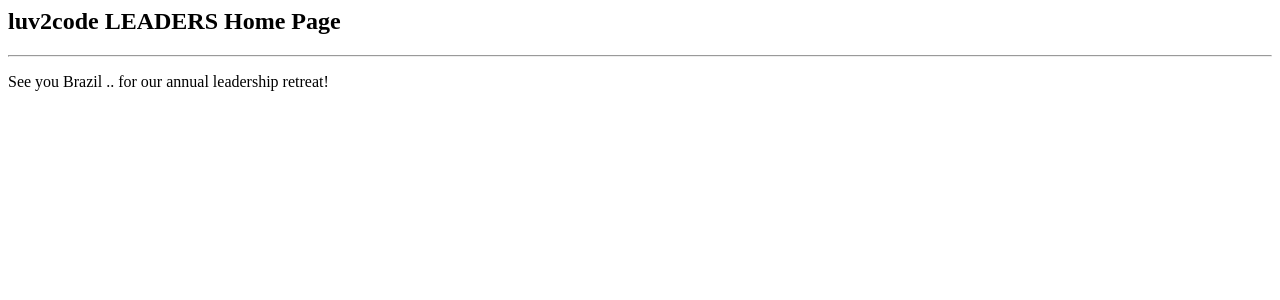
Repository: dchan98/spring-security-demo
Page: http://localhost/spring-security-demo-09-jdbc-bcrypt/leaders
These files come from the project's save history. The page is drawn as it stood at one moment and after the next save; the edit follows.
The browser window is 1280 px wide. The pictures show the whole page.
The page is served by Tomcat 9. Other server files are loaded and not shown.

Above is the page before, as saved 2019-02-07 06:22:19.

### spring-security-demo-starter/spring-security-demo-09-jdbc-bcrypt/src/main/webapp/WEB-INF/view/leaders.jsp
<html>

<head>
	<title>luv2code LEADERS Home Page</title>
</head>

<body>
<h2>luv2code LEADERS Home Page</h2>
<hr>

<p>
  See you Brazil .. for our annual leadership retreat!
</p>


</body>
</html>

After the next save:
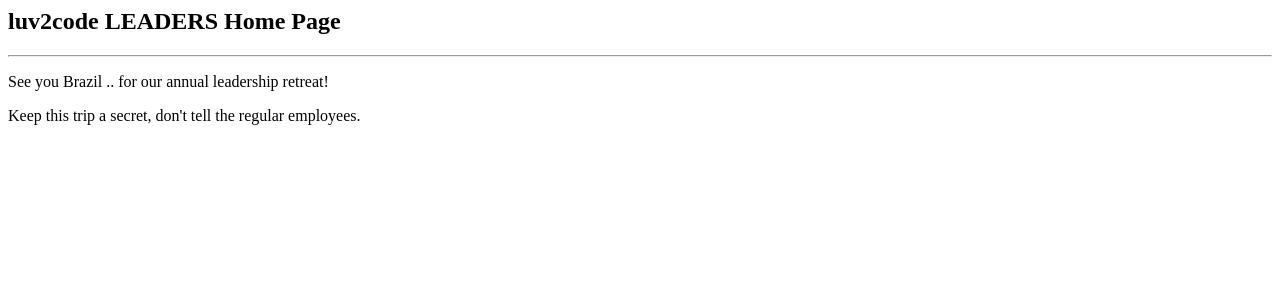
Saved 19 s later.
--- a/spring-security-demo-starter/spring-security-demo-09-jdbc-bcrypt/src/main/webapp/WEB-INF/view/leaders.jsp
+++ b/spring-security-demo-starter/spring-security-demo-09-jdbc-bcrypt/src/main/webapp/WEB-INF/view/leaders.jsp
@@ -11,7 +11,7 @@
 <p>
   See you Brazil .. for our annual leadership retreat!
 </p>
-
+  Keep this trip a secret, don't tell the regular employees.
 
 </body>
 </html>
